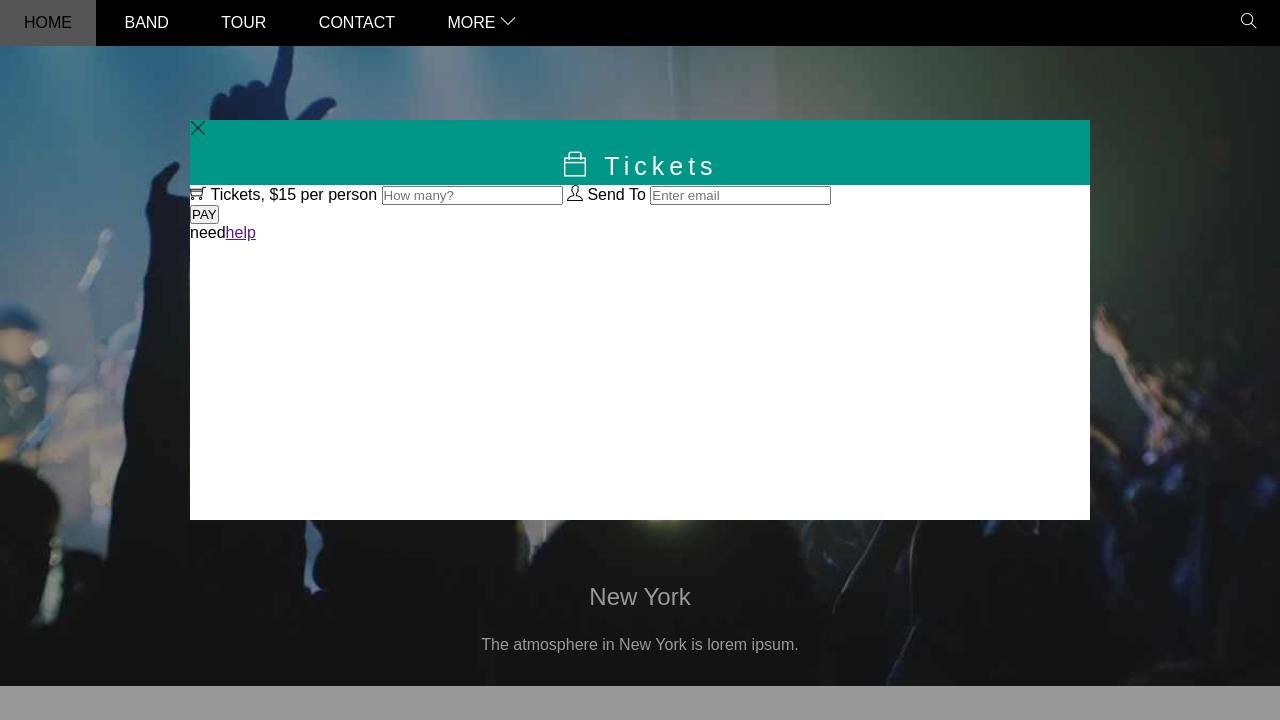
Repository: tung1233hhhhhhhhhhhhh/Website
Page: w3_band/index.html
An editor plug-in stored every save of this project. The page is shown before and after a run of saves, followed by the edit.
The browser window is 1280 px wide. The pictures show the window.
A layer covers the whole window, so only the first screen is drawn.

Above is the page before, as saved 2023-02-18 21:28:05.

After the next 2 saves:
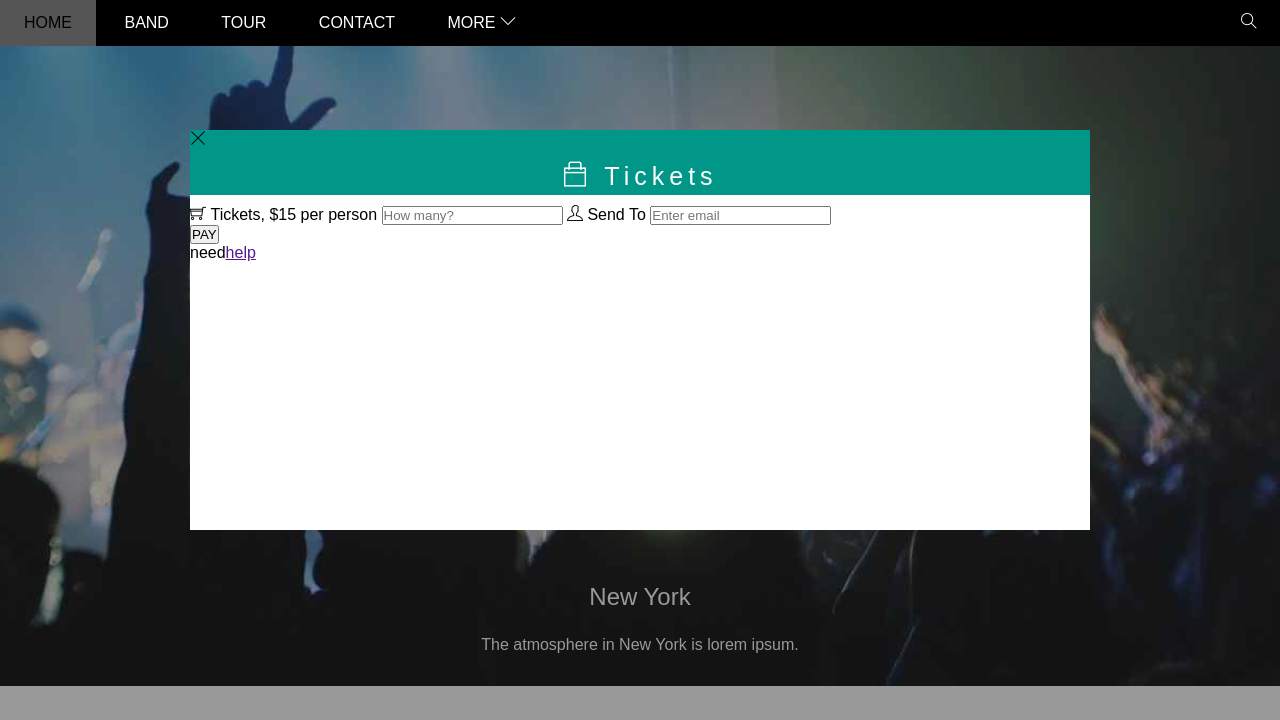
The 2 saves are shown as one change because they came seconds apart.
The last was saved 21 s later.
--- a/w3_band/assets/css/style.css
+++ b/w3_band/assets/css/style.css
@@ -408,10 +408,7 @@
     text-align: center;
     /* transform: translateY(50%); */
     align-items: center;
-
-}
-
-.modal header i {
     margin-top: 10px;
     margin-bottom: 10px;
-}
+
+}

After the save that followed:
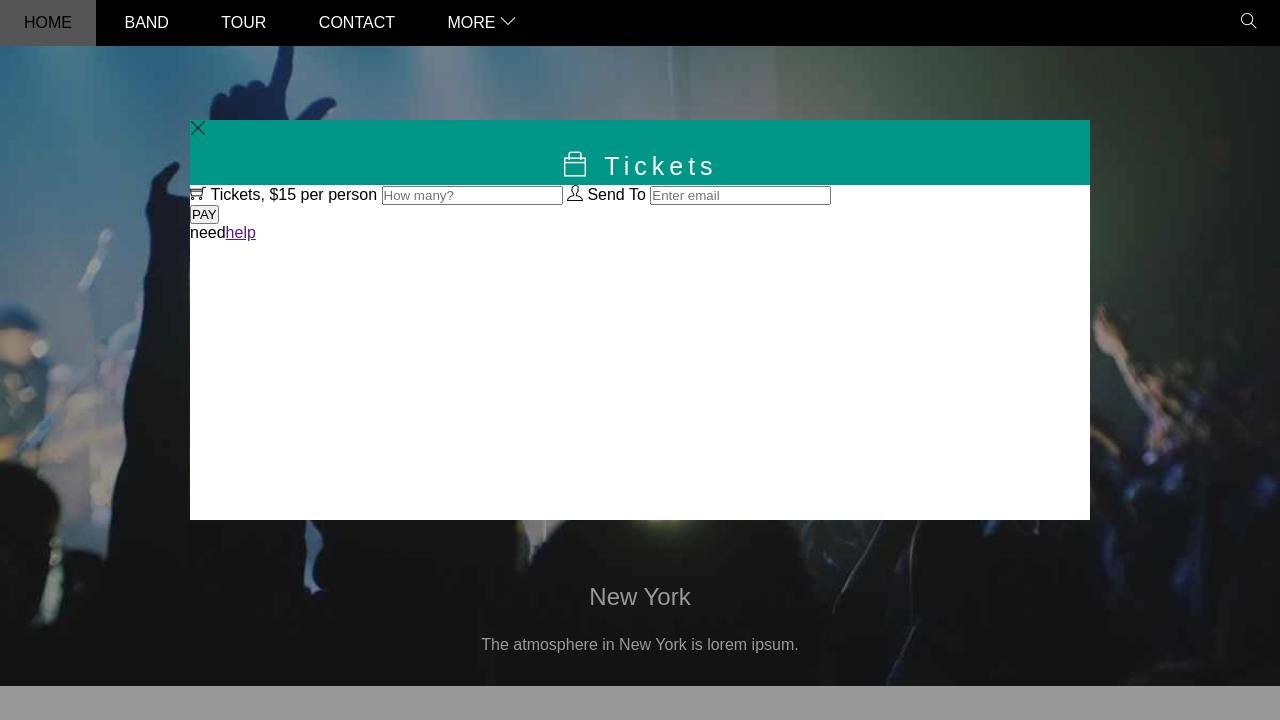
Saved 15 s later.
--- a/w3_band/assets/css/style.css
+++ b/w3_band/assets/css/style.css
@@ -408,7 +408,6 @@
     text-align: center;
     /* transform: translateY(50%); */
     align-items: center;
-    margin-top: 10px;
-    margin-bottom: 10px;
-
-}
+
+
+}
